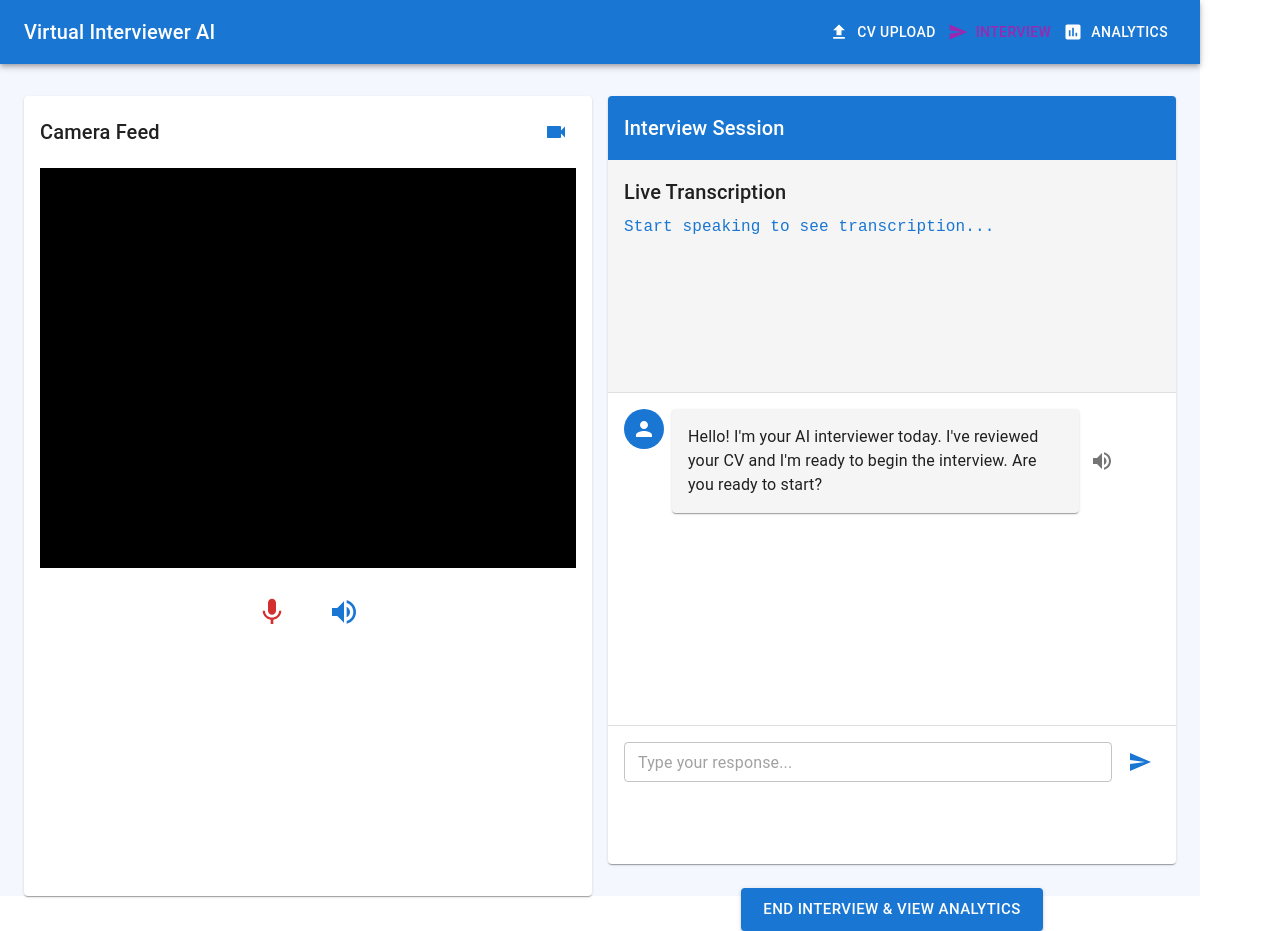
Repository: akshaymehare00/hackathonConAi
Page: /, after clicking the first element matching `button.MuiButton-textInherit`
These files come from the project's save history. The page is drawn as it stood at one moment and after the next save; the edit follows.
The browser window is 1280 px wide. The pictures show the whole page.
The page's requests for data from a server got no answer. The project was rebuilt for these pictures with package versions that can differ from the ones it lists, and the page was loaded fresh each time. No one was signed in, and anything a server would have sent is missing. Also part of the build but not shown: vite.config.js.

Above is the page before, as saved 2025-01-18 12:00:37.

After the next save:
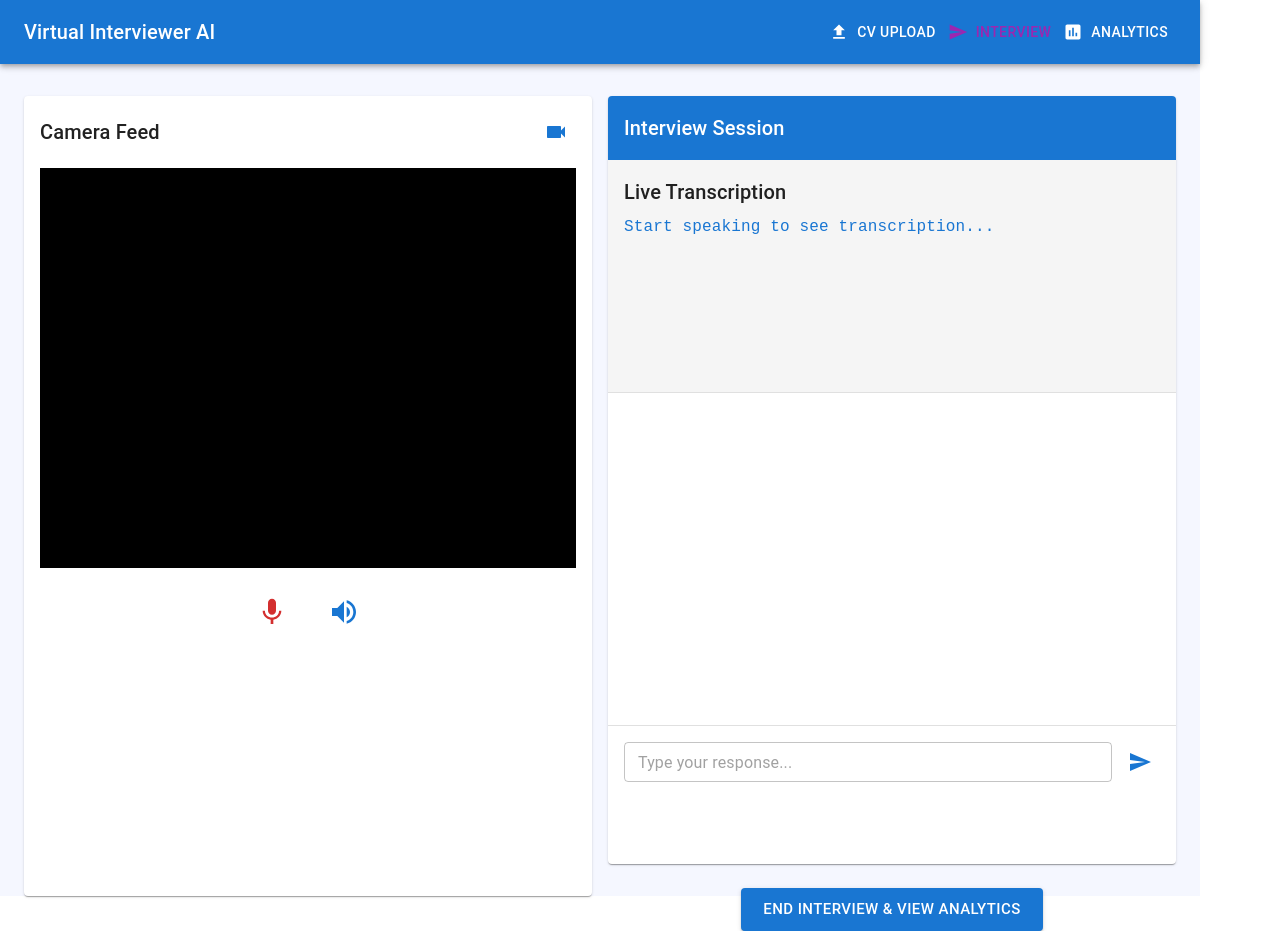
Saved 5 min 11 s later.
--- a/src/Components/Interview.jsx
+++ b/src/Components/Interview.jsx
@@ -41,7 +41,7 @@ function Interview({ cvData, onComplete }) {
     initializeWebSocket();
 
     const initialMessage = "Hello! I'm your AI interviewer today. I've reviewed your CV and I'm ready to begin the interview. Are you ready to start?";
-    setMessages([{ text: initialMessage, sender: 'AI' }]);
+    // setMessages([{ text: initialMessage, sender: 'AI' }]);
     speakText(initialMessage);
 
     if ('webkitSpeechRecognition' in window) {
@@ -142,16 +142,7 @@ function Interview({ cvData, onComplete }) {
       }
     }, 1000);
   };
-  // const handleInterruption = (question) => {
-  //   if (recognitionRef.current) {
-  //     recognitionRef.current.stop();
-  //     setIsRecording(false);
-  //   }
-
-  //   window.speechSynthesis.cancel();
-  //   setMessages(prev => [...prev, { text: question, sender: 'AI', isInterruption: true }]);
-  //   speakText(question);
-  // };
+
 
   const processTranscript = async (text) => {
     try {
